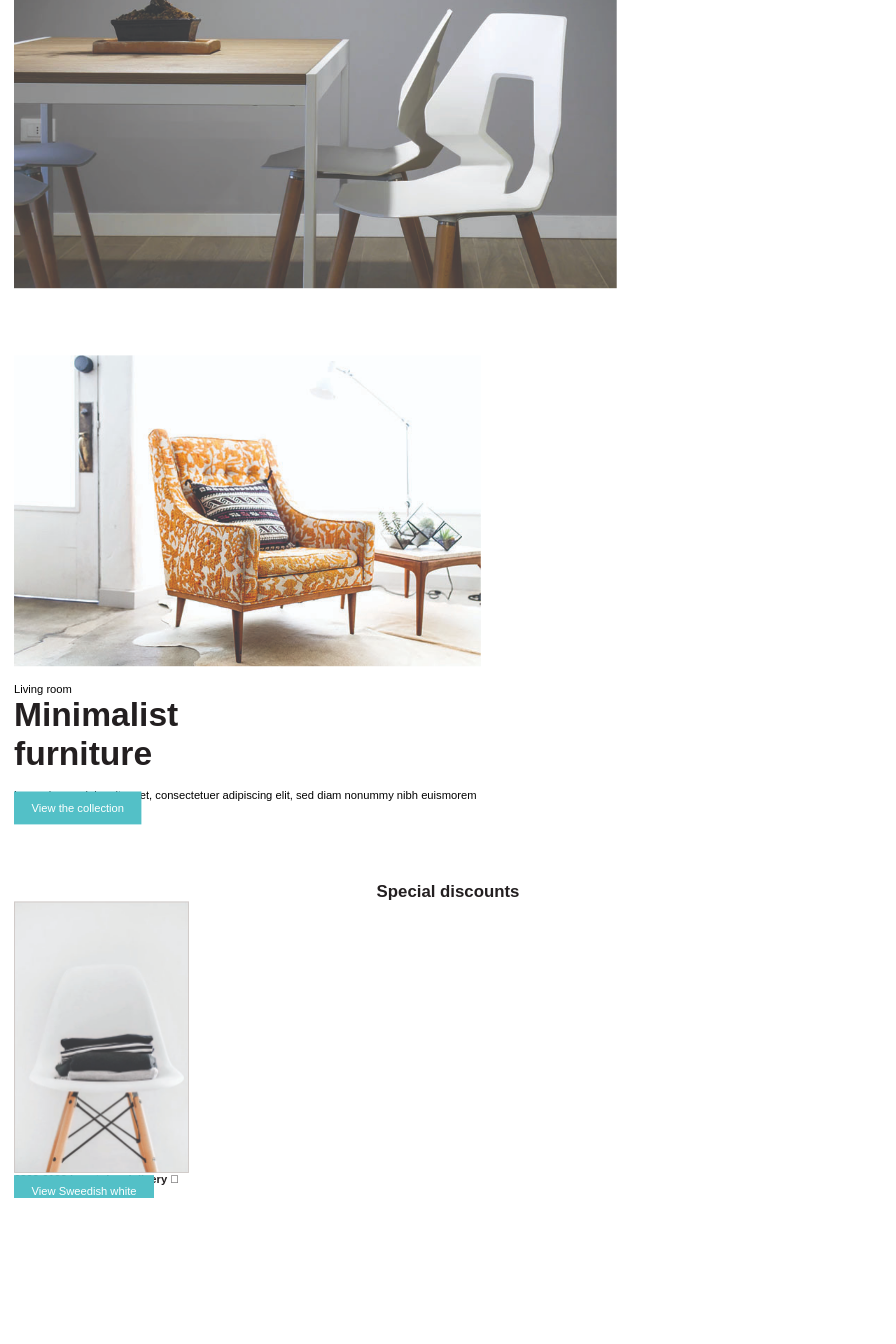
Repository: dinhhaidh/republic-web
Page: index.html
These files come from the project's save history. The page is drawn as it stood at one moment and after the next save; the edit follows.
The browser window is 1280 px wide. The pictures show the part of the page from y = 774 to 2694 px (the page is 2694 px tall before and 2616 px after), at 70% of full size.
Some web fonts or font styles are not loaded; a fallback is used. Some web libraries are served in a nearby version.

Above is the page before, as saved 2024-01-24 17:22:07.

After the next save:
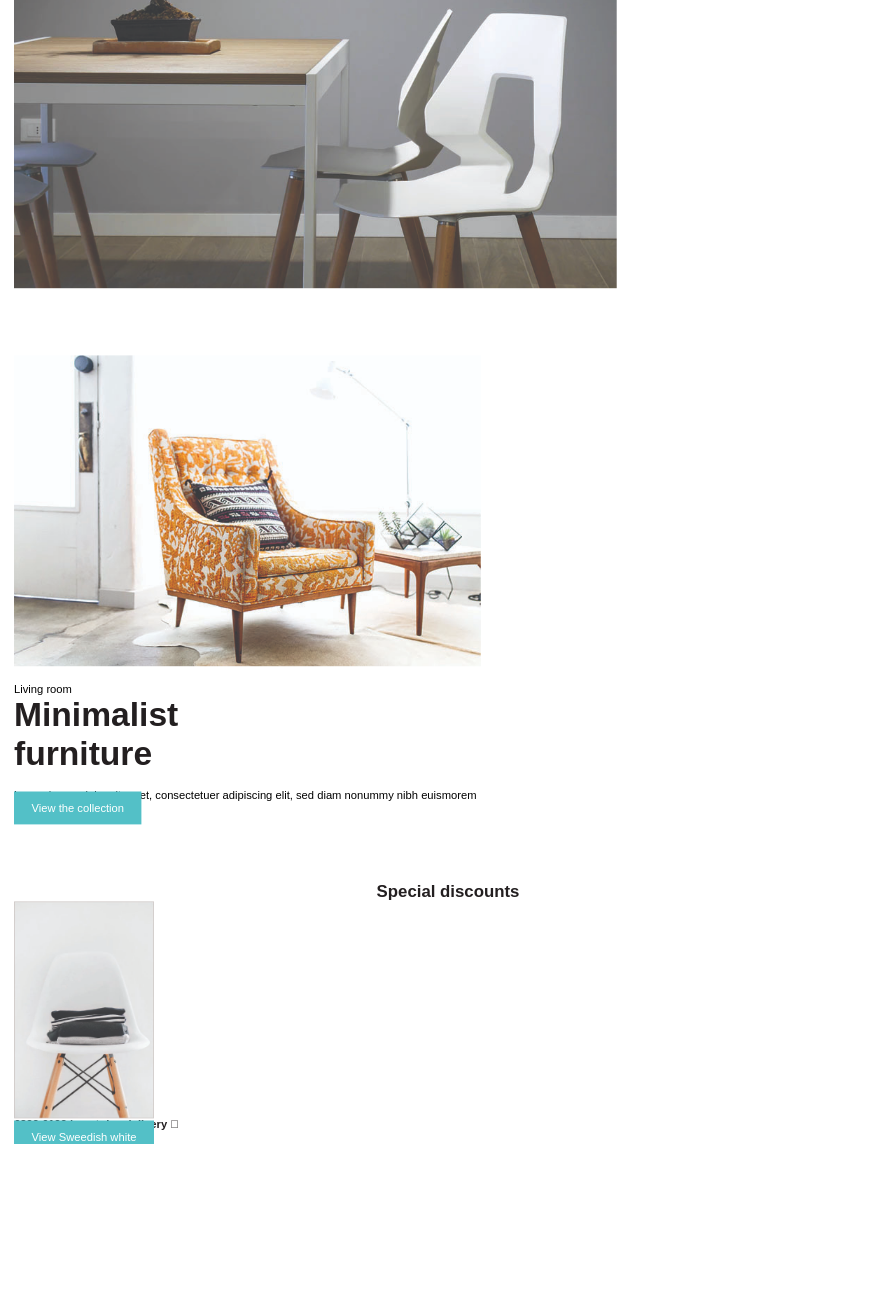
Saved 19 s later.
--- a/style.css
+++ b/style.css
@@ -331,7 +331,7 @@ img {
 
 }
 .lounge__img{
-  width: 250px;
+  width: 200px;
 }
 .button__link{
 
